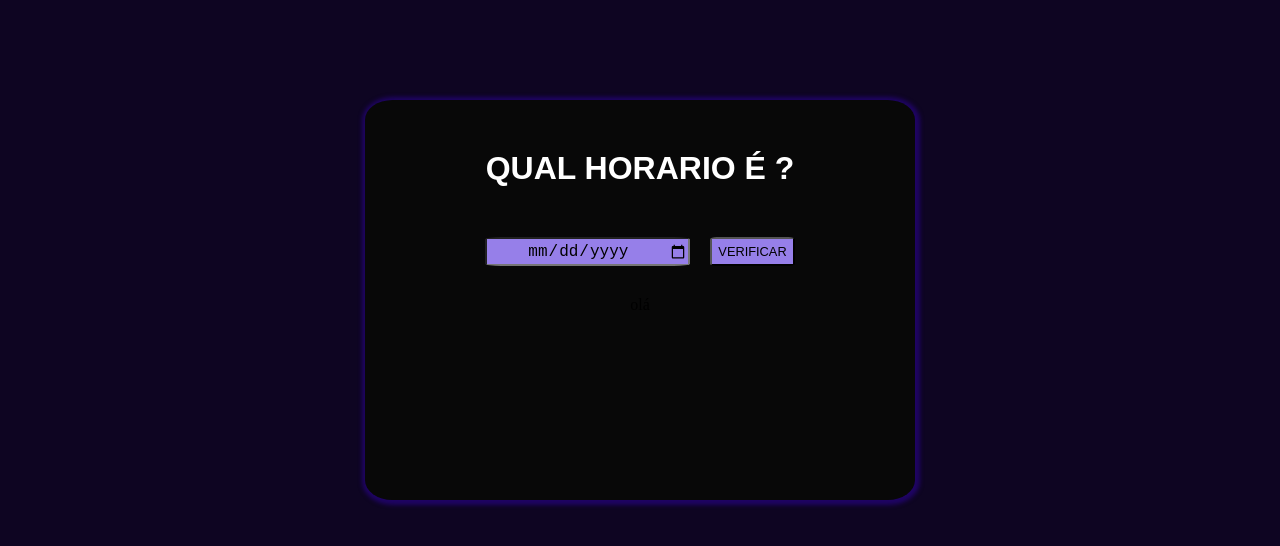
Repository: Ramonuriel/JS-Projetos
Page: Qual horario é/index.html
These files come from the project's save history. The page is drawn as it stood at one moment and after the next save; the edit follows.
The browser window is 1280 px wide. The pictures show the whole page.

Above is the page before, as saved 2022-11-14 16:12:12.

After the next save:
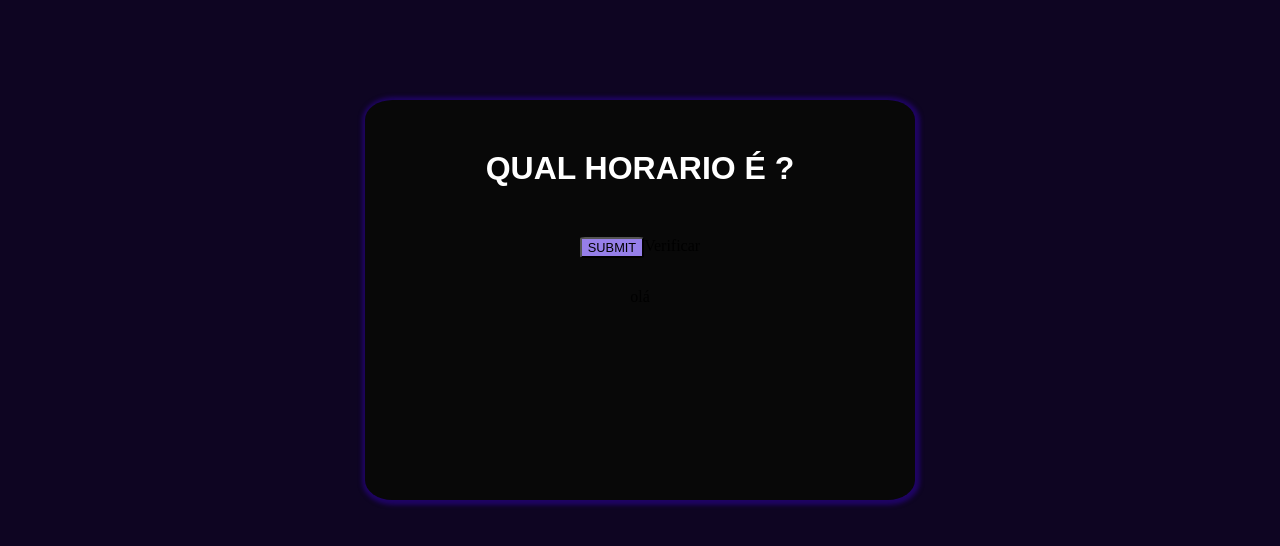
Saved 8 s later.
--- a/Qual horario é/index.html
+++ b/Qual horario é/index.html
@@ -15,7 +15,7 @@
       Qual Horario é ?
     </h1>
     <div class="box">
-      <input type="date" name="" id="data">
+      <input
       <button class="btn" type="submit">Verificar</button>
     </div>
     <div class="resultado">
